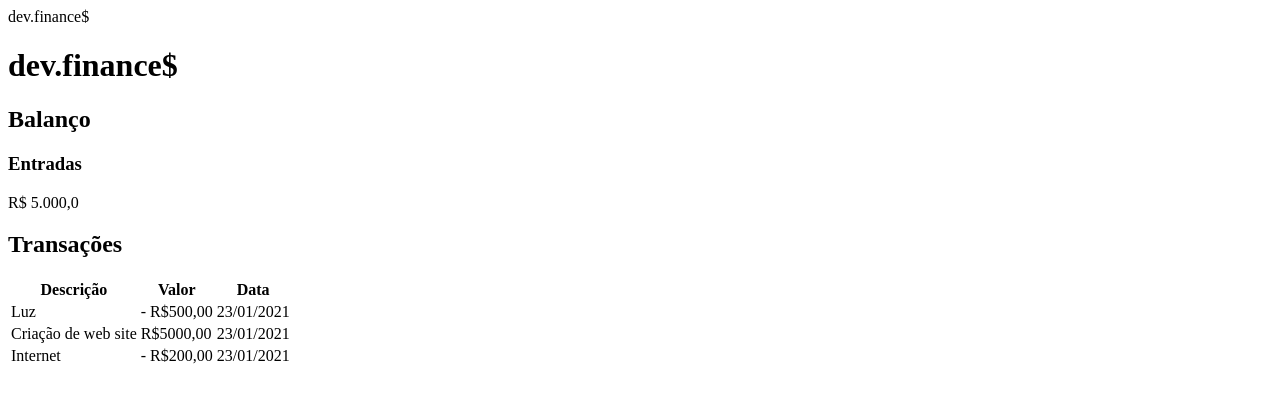
Repository: rafaelmgr12/maratona-dev01
Page: index.html
The author's editor kept a copy of each file at every save. The page is drawn from the files as they stood at one save, then again after the next save.
The browser window is 1280 px wide. The pictures show the whole page.

Above is the page before, as saved 2021-04-26 19:17:59.

After the next save:
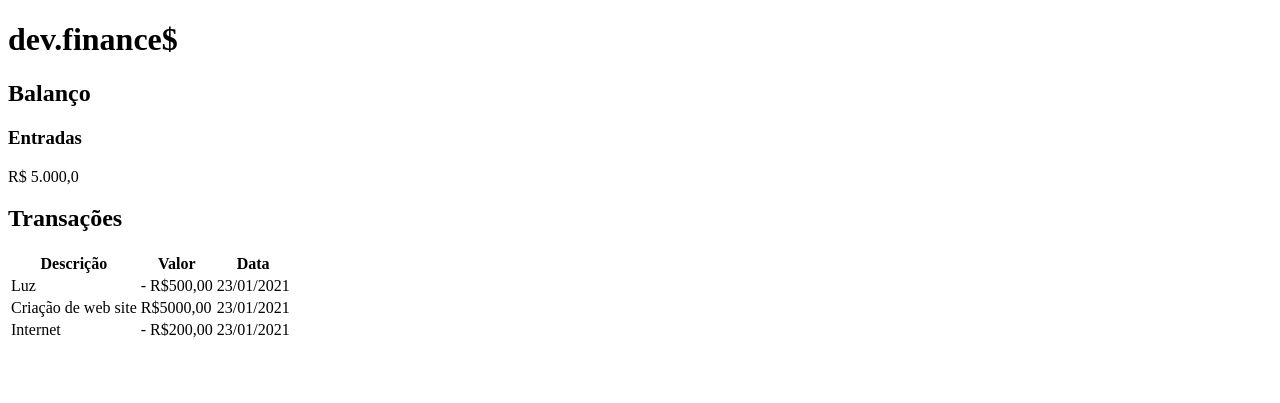
Saved 28 s later.
--- a/index.html
+++ b/index.html
@@ -7,9 +7,8 @@
     <title>Rafael-app.finance$</title>
   </head>
   <body>
-    <header>dev.finance$</header>
+    <header><h1>dev.finance$</h1></header>
     <main>
-      <h1>dev.finance$</h1>
       <h2>Balanço</h2>
       <h3>Entradas</h3>
       <p>R$ 5.000,0</p>
